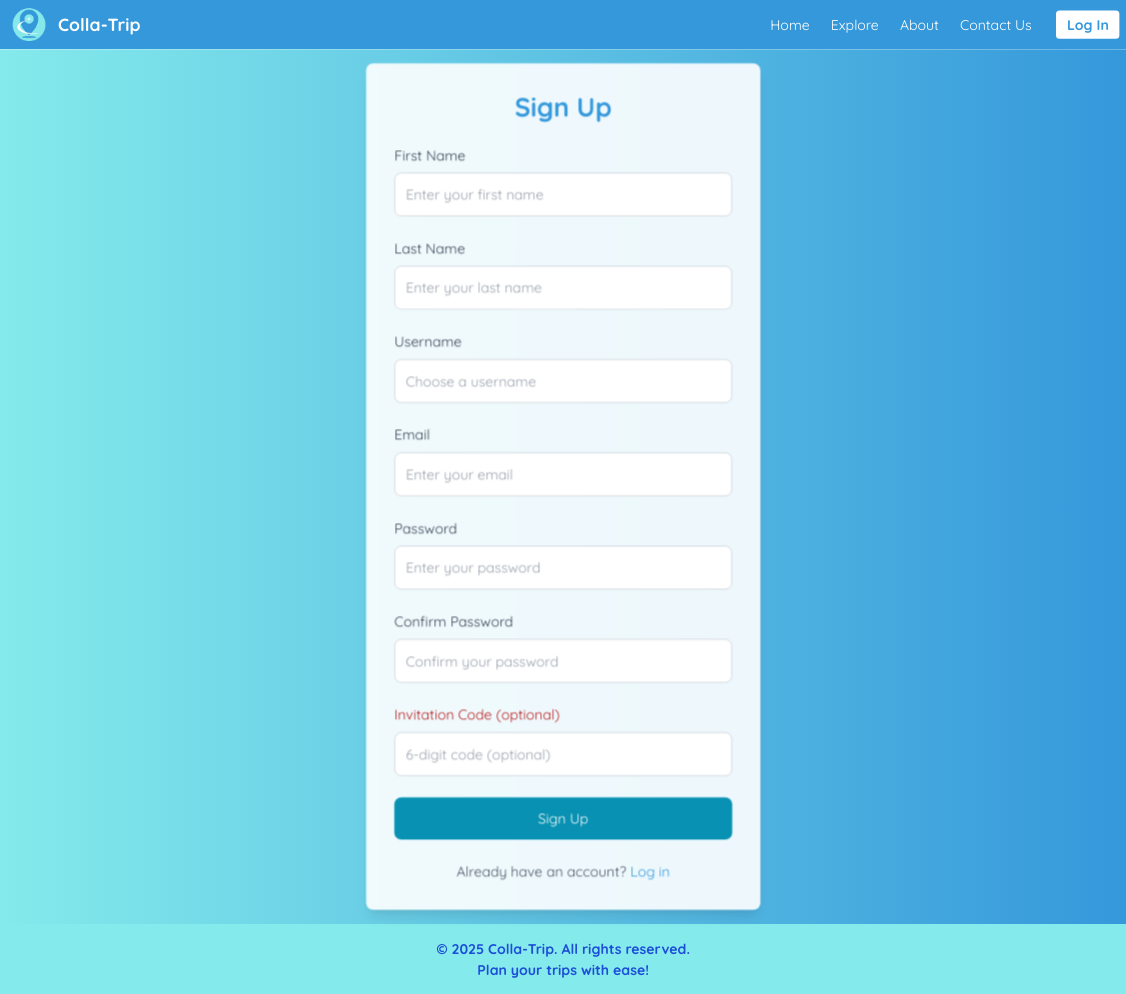
Repository: khuynh134/Colla-Trip
Page: /signuppage
These files come from the project's save history. The page is drawn as it stood at one moment and after the next save; the edit follows.
The browser window is 1280 px wide. The pictures show the whole page, at 88% of full size.
The project was rebuilt for these pictures with package versions that can differ from the ones it lists, and the page was loaded fresh each time. The framework's server and built-in components were replaced by stand-ins that run in the browser. Also part of the build but not shown: svelte.config.js, vite.config.ts.

Above is the page before, as saved 2025-04-27 16:01:01.

### src/app.html
<!doctype html>
<html lang="en">
	<head>
		<meta charset="utf-8" />
		<link rel="icon" href="%sveltekit.assets%/favicon.png" />
		<meta name="viewport" content="width=device-width, initial-scale=1" />
		%sveltekit.head%
		<link href="./output.css" rel="stylesheet">
		<link rel="stylesheet" href="/styles.css">
		<link href="https://fonts.googleapis.com/css2?family=Quicksand:wght@300;400;500;600;700&display=swap" rel="stylesheet">
	</head>
	<body data-sveltekit-preload-data="hover">
		<div style="display: contents">%sveltekit.body%</div>

		<script>
			const theme = new URL(window.location).searchParams.get('theme');

			document.documentElement.classList.remove('light', 'dark');
			document.documentElement.classList.add(theme || 'light)');
		</script>
	</body>
</html>

### src/routes/signuppage/+page.svelte
<script lang="ts">
    import { goto } from '$app/navigation';
    import { auth } from '$lib/firebase';
    import { getAuth, validatePassword, createUserWithEmailAndPassword } from 'firebase/auth';
    import { page } from '$app/stores';

    let token = '';
    $: token = $page.url.searchParams.get('token') || '';
    let inviteCode = '';

    // Form state
    let firstName = '';
    let lastName = '';
    let username = '';
    let email = '';
    let password = '';
    let confirmPassword = '';
    let errorMessage = '';
    let success: boolean | undefined = undefined;
    let isLoading = false;

    async function validatePasswords(): Promise<boolean> {
        if (password !== confirmPassword) {
            errorMessage = 'Passwords do not match';
            success = false;
            return false;
        }
        const status = await validatePassword(getAuth(), password);
        if (!status.isValid) {
            errorMessage = 'Password does not meet requirements';
            if (status.containsLowercaseLetter !== true) errorMessage += ' (needs lowercase)';
            if (status.containsUppercaseLetter !== true) errorMessage += ' (needs uppercase)';
            if (status.containsNumericCharacter !== true) errorMessage += ' (needs number)';
            if (status.meetsMinPasswordLength !== true) errorMessage += ' (needs 8 characters)';
            success = false;
            return false;
        }
        return true;
    }

    async function isUsernameUnique(username: string): Promise<boolean> {
        return true; // (placeholder - no username validation yet)
    }

    async function handleSignUp(event: Event) {
        event.preventDefault();
        isLoading = true;
        errorMessage = '';
        success = undefined;

        if (!await validatePasswords()) {
            isLoading = false;
            return;
        }

        const isUnique = await isUsernameUnique(username);
        if (!isUnique) {
            errorMessage = 'Username is already taken';
            success = false;
            isLoading = false;
            return;
        }

        try {
            const userCredential = await createUserWithEmailAndPassword(auth, email, password);
            const user = userCredential.user;

            const requestBody: any = {
                firebase_uid: user.uid,
                email: user.email,
                username: username,
                profile: `${firstName} ${lastName}`,
                roles: ['user']
            };

            if (token.trim() !== '') {
                requestBody.token = token;
            }
            if (inviteCode.trim() !== '') {
                requestBody.invite_code = inviteCode;
            }

            const response = await fetch('/api/users', {
                method: 'POST',
                headers: { 'Content-Type': 'application/json' },
                body: JSON.stringify(requestBody)
            });

            if (!response.ok) {
                throw new Error('Error saving user to database');
            }

            success = true;
            const redirectUrl = token ? `/invite-success` : `/dashboard`;  // ⭐ Redirect directly to dashboard if no invite
            goto(redirectUrl);

        } catch (error) {
            console.error('Error signing up:', error);
            errorMessage = 'Error signing up. Please try again.';
            success = false;
        } finally {
            isLoading = false;
        }
    }
</script>

<!-- HTML page content stays almost the same -->

<div class="min-h-screen bg-gradient-to-r from-[#84eaeb] to-[#3598db] flex flex-col items-center justify-center p-4">
    <div class="bg-white/90 backdrop-blur-sm p-8 rounded-lg shadow-lg w-full max-w-md">
        <h1 class="text-3xl font-bold text-[#3598db] mb-6 text-center">Sign Up</h1>

        {#if success === true}
            <p class="text-green-600 text-center mb-4">Signup successful! Redirecting...</p>
        {:else if success === false}
            <p class="text-red-600 text-center mb-4">{errorMessage}</p>
        {/if}

        <form on:submit={handleSignUp} class="space-y-6">
            <div>
                <label for="firstName" class="block text-gray-700 mb-2">First Name</label>
                <input id="firstName" type="text" bind:value={firstName} placeholder="Enter your first name" required class="input" />
            </div>

            <div>
                <label for="lastName" class="block text-gray-700 mb-2">Last Name</label>
                <input id="lastName" type="text" bind:value={lastName} placeholder="Enter your last name" required class="input" />
            </div>

            <div>
                <label for="username" class="block text-gray-700 mb-2">Username</label>
                <input id="username" type="text" bind:value={username} placeholder="Choose a username" required class="input" />
            </div>

            <div>
                <label for="email" class="block text-gray-700 mb-2">Email</label>
                <input id="email" type="email" bind:value={email} placeholder="Enter your email" required class="input" />
            </div>

            <div>
                <label for="password" class="block text-gray-700 mb-2">Password</label>
                <input id="password" type="password" bind:value={password} placeholder="Enter your password" required minlength="8" class="input" />
            </div>

            <div>
                <label for="confirmPassword" class="block text-gray-700 mb-2">Confirm Password</label>
                <input id="confirmPassword" type="password" bind:value={confirmPassword} placeholder="Confirm your password" required minlength="8" class="input" />
            </div>

            <div>
                <label for="inviteCode" class="block text-red-700 mb-2">Invitation Code (optional)</label>
                <input id="inviteCode" type="text" bind:value={inviteCode} placeholder="6-digit code (optional)" class="input" />
            </div>

            <button type="submit" disabled={isLoading} class="btn-primary">
                {isLoading ? 'Signing up...' : 'Sign Up'}
            </button>
        </form>

        <div class="mt-6 text-center">
            <p class="text-gray-600">
                Already have an account?
                <a href="/loginpage" class="text-[#3598db] hover:underline">Log in</a>
            </p>
        </div>
    </div>
</div>

<style>
    .input {
        @apply w-full p-3 border border-gray-300 rounded-lg focus:ring-2 focus:ring-cyan-400 focus:border-transparent;
    }
    .btn-primary {
        @apply w-full bg-cyan-600 text-white py-3 rounded-lg hover:bg-cyan-700 transition-colors disabled:opacity-50;
    }
</style>

### src/lib/stores/authStore.ts
import { writable } from 'svelte/store';
import {
    onAuthStateChanged,
    signOut as firebaseSignOut,
    type User as FirebaseUser
} from 'firebase/auth';

// Import auth from your firebase file
import { auth } from '$lib/firebase';

// Define a type for our user store
interface User {
    uid: string;
    email: string | null;
    displayName: string | null;
    photoURL: string | null;
}

// This keeps track of the current user
export const user = writable<User | null>(null);

// This is a simple boolean: is someone logged in or not?
export const isAuthenticated = writable<boolean>(false);

// This helps us know when we're checking login status
export const isLoading = writable<boolean>(true);

// This code runs once when your app starts
if (typeof window !== 'undefined') {
    // This sets up a listener that Firebase provides
    // It will run whenever the login status changes
    // Use the any type to avoid TypeScript errors with auth
    onAuthStateChanged(auth as any, (firebaseUser: FirebaseUser | null) => {
        console.log("Auth state changed:", firebaseUser ? `User: ${firebaseUser.email}` : "No user");
        isLoading.set(false);

        if (firebaseUser) {
            // Someone is logged in! Save their info
            user.set({
                uid: firebaseUser.uid,
                email: firebaseUser.email,
                displayName: firebaseUser.displayName,
                photoURL: firebaseUser.photoURL
            });
            isAuthenticated.set(true);
        } else {
            // Nobody is logged in
            user.set(null);
            isAuthenticated.set(false);
        }
    });
}

// A helper function to log out
export async function logout() {
    try {
        // Use the any type to avoid TypeScript errors
        await firebaseSignOut(auth as any);
        return { success: true };
    } catch (error) {
        console.error("Logout error:", error);
        return { success: false, error };
    }
}

### src/lib/components/Notifications.svelte
<script lang="ts">
    import { writable } from 'svelte/store';

    export interface Notification {
      id: number;
      type: 'trip' | 'message' | 'invite' | 'activity' | 'general';
      title: string;
      message: string;
      timestamp: Date;
      read: boolean;
      action?: {
        label: string;
        href?: string;
        onClick?: () => void;
      };
    }

    function createNotificationsStore() {
      const { subscribe, update, set } = writable<Notification[]>([]);

      return {
        subscribe,
        addNotification: (notification: Notification) =>
          update(notifications => [
            { ...notification, id: Date.now() },
            ...notifications
          ]),
        markAsRead: (id: number) =>
          update(notifications =>
            notifications.map(n =>
              n.id === id ? { ...n, read: true } : n
            )
          ),
        clearNotifications: () => set([]),
        markAllAsRead: () =>
          update(notifications =>
            notifications.map(n => ({ ...n, read: true }))
          )
      };
    }

    export const notifications = createNotificationsStore();
  </script>

### src/lib/components/Toast.svelte
<script lang="ts">
    import { showToast, toastMessage } from '$lib/stores/notifications';
  </script>

  {#if $showToast}
    <div class="fixed bottom-8 right-8 bg-green-500 text-white px-6 py-3 rounded-lg shadow-lg animate-fade-in-out z-50">
      {$toastMessage}
    </div>
  {/if}

  <style>
    @keyframes fadeInOut {
      0%, 100% { opacity: 0; transform: translateY(20px); }
      10%, 90% { opacity: 1; transform: translateY(0); }
    }

    .animate-fade-in-out {
      animation: fadeInOut 3s ease-in-out forwards;
    }
  </style>

### src/lib/stores/notifications.ts
import { writable } from 'svelte/store';

export const toastMessage = writable('');
export const showToast = writable(false);
export interface Notification {
  id: number;
  type: 'trip' | 'message' | 'invite' | 'activity' | 'general';
  title: string;
  message: string;
  timestamp: Date;
  read: boolean;
  icon?: string;
  action?: {
    label: string;
    href?: string;
    onClick?: () => void;
  };
}
// Optionally: define a helper function
export function triggerToast(message: string, duration = 3000) {
  toastMessage.set(message);
  showToast.set(true);
  setTimeout(() => {
    showToast.set(false);
  }, duration);
}

function createNotificationsStore() {
  const { subscribe, update, set } = writable<Notification[]>([]);

  return {
    subscribe,
    addNotification: (notification: Notification) =>
      update(notifications => [
        {...notification, id: Date.now()},
        ...notifications
      ]),
    markAsRead: (id: number) =>
      update(notifications =>
        notifications.map(n =>
          n.id === id ? {...n, read: true} : n
        )
      ),
    clearNotifications: () => set([]),
    markAllAsRead: () =>
      update(notifications =>
        notifications.map(n => ({...n, read: true}))
      )
  };
}

export const notifications = createNotificationsStore();

### static/styles.css
body {
    margin: 0;
    font-family: 'Quicksand', sans-serif;
}

nav a:hover {
    text-shadow: 1px 1px 2px rgb(13, 10, 17), 0 0 1em rgb(143, 143, 159), 0 0 0.2em rgb(172, 182, 184);;
}

Loaded but not shown: src/app.css (common file); static/output.css (library); src/lib/firebase.js (74 lines, source omitted); tailwind.config.js (12 lines, source omitted); src/routes/+layout.svelte (172 lines, source omitted)

After the next save:
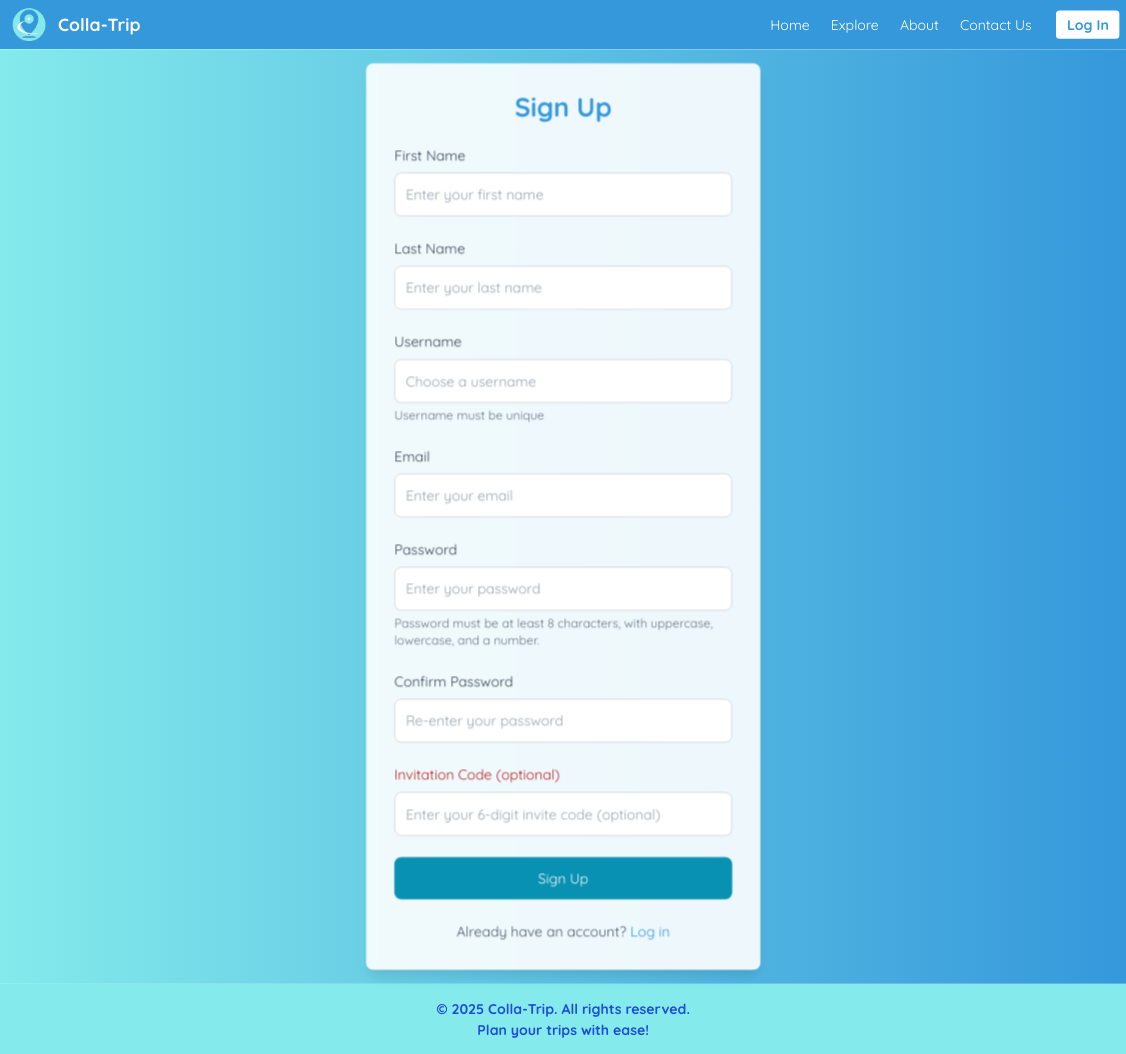
Saved 3 min 47 s later.
--- a/src/routes/signuppage/+page.svelte
+++ b/src/routes/signuppage/+page.svelte
@@ -39,7 +39,8 @@
     }
 
     async function isUsernameUnique(username: string): Promise<boolean> {
-        return true; // (placeholder - no username validation yet)
+        // TODO: Implement username uniqueness check later
+        return true;
     }
 
     async function handleSignUp(event: Event) {
@@ -70,12 +71,10 @@
                 email: user.email,
                 username: username,
                 profile: `${firstName} ${lastName}`,
-                roles: ['user']
+                roles: ['user'],
+                token: token
             };
 
-            if (token.trim() !== '') {
-                requestBody.token = token;
-            }
             if (inviteCode.trim() !== '') {
                 requestBody.invite_code = inviteCode;
             }
@@ -91,7 +90,7 @@
             }
 
             success = true;
-            const redirectUrl = token ? `/invite-success` : `/dashboard`;  // ⭐ Redirect directly to dashboard if no invite
+            const redirectUrl = token ? `/invite-success` : '/tripspage'; // 🎯 Redirect to dashboard
             goto(redirectUrl);
 
         } catch (error) {
@@ -103,8 +102,6 @@
         }
     }
 </script>
-
-<!-- HTML page content stays almost the same -->
 
 <div class="min-h-screen bg-gradient-to-r from-[#84eaeb] to-[#3598db] flex flex-col items-center justify-center p-4">
     <div class="bg-white/90 backdrop-blur-sm p-8 rounded-lg shadow-lg w-full max-w-md">
@@ -119,40 +116,96 @@
         <form on:submit={handleSignUp} class="space-y-6">
             <div>
                 <label for="firstName" class="block text-gray-700 mb-2">First Name</label>
-                <input id="firstName" type="text" bind:value={firstName} placeholder="Enter your first name" required class="input" />
+                <input
+                    id="firstName"
+                    type="text"
+                    bind:value={firstName}
+                    placeholder="Enter your first name"
+                    required
+                    class="w-full p-3 border border-gray-300 rounded-lg focus:ring-2 focus:ring-cyan-400 focus:border-transparent"
+                />
             </div>
 
             <div>
                 <label for="lastName" class="block text-gray-700 mb-2">Last Name</label>
-                <input id="lastName" type="text" bind:value={lastName} placeholder="Enter your last name" required class="input" />
+                <input
+                    id="lastName"
+                    type="text"
+                    bind:value={lastName}
+                    placeholder="Enter your last name"
+                    required
+                    class="w-full p-3 border border-gray-300 rounded-lg focus:ring-2 focus:ring-cyan-400 focus:border-transparent"
+                />
             </div>
 
             <div>
                 <label for="username" class="block text-gray-700 mb-2">Username</label>
-                <input id="username" type="text" bind:value={username} placeholder="Choose a username" required class="input" />
+                <input
+                    id="username"
+                    type="text"
+                    bind:value={username}
+                    placeholder="Choose a username"
+                    required
+                    class="w-full p-3 border border-gray-300 rounded-lg focus:ring-2 focus:ring-cyan-400 focus:border-transparent"
+                />
+                <p class="text-sm text-gray-500 mt-1">Username must be unique</p>
             </div>
 
             <div>
                 <label for="email" class="block text-gray-700 mb-2">Email</label>
-                <input id="email" type="email" bind:value={email} placeholder="Enter your email" required class="input" />
+                <input
+                    id="email"
+                    type="email"
+                    bind:value={email}
+                    placeholder="Enter your email"
+                    required
+                    class="w-full p-3 border border-gray-300 rounded-lg focus:ring-2 focus:ring-cyan-400 focus:border-transparent"
+                />
             </div>
 
             <div>
                 <label for="password" class="block text-gray-700 mb-2">Password</label>
-                <input id="password" type="password" bind:value={password} placeholder="Enter your password" required minlength="8" class="input" />
+                <input
+                    id="password"
+                    type="password"
+                    bind:value={password}
+                    placeholder="Enter your password"
+                    required
+                    minlength="8"
+                    class="w-full p-3 border border-gray-300 rounded-lg focus:ring-2 focus:ring-cyan-400 focus:border-transparent"
+                />
+                <p class="text-sm text-gray-500 mt-1">Password must be at least 8 characters, with uppercase, lowercase, and a number.</p>
             </div>
 
             <div>
                 <label for="confirmPassword" class="block text-gray-700 mb-2">Confirm Password</label>
-                <input id="confirmPassword" type="password" bind:value={confirmPassword} placeholder="Confirm your password" required minlength="8" class="input" />
+                <input
+                    id="confirmPassword"
+                    type="password"
+                    bind:value={confirmPassword}
+                    placeholder="Re-enter your password"
+                    required
+                    minlength="8"
+                    class="w-full p-3 border border-gray-300 rounded-lg focus:ring-2 focus:ring-cyan-400 focus:border-transparent"
+                />
             </div>
 
             <div>
                 <label for="inviteCode" class="block text-red-700 mb-2">Invitation Code (optional)</label>
-                <input id="inviteCode" type="text" bind:value={inviteCode} placeholder="6-digit code (optional)" class="input" />
-            </div>
-
-            <button type="submit" disabled={isLoading} class="btn-primary">
+                <input
+                    id="inviteCode"
+                    type="text"
+                    bind:value={inviteCode}
+                    placeholder="Enter your 6-digit invite code (optional)"
+                    class="w-full p-3 border border-gray-300 rounded-lg focus:ring-2 focus:ring-cyan-400 focus:border-transparent"
+                />
+            </div>
+
+            <button
+                type="submit"
+                disabled={isLoading}
+                class="w-full bg-cyan-600 text-white py-3 rounded-lg hover:bg-cyan-700 transition-colors disabled:opacity-50"
+            >
                 {isLoading ? 'Signing up...' : 'Sign Up'}
             </button>
         </form>
@@ -165,12 +218,3 @@
         </div>
     </div>
 </div>
-
-<style>
-    .input {
-        @apply w-full p-3 border border-gray-300 rounded-lg focus:ring-2 focus:ring-cyan-400 focus:border-transparent;
-    }
-    .btn-primary {
-        @apply w-full bg-cyan-600 text-white py-3 rounded-lg hover:bg-cyan-700 transition-colors disabled:opacity-50;
-    }
-</style>
